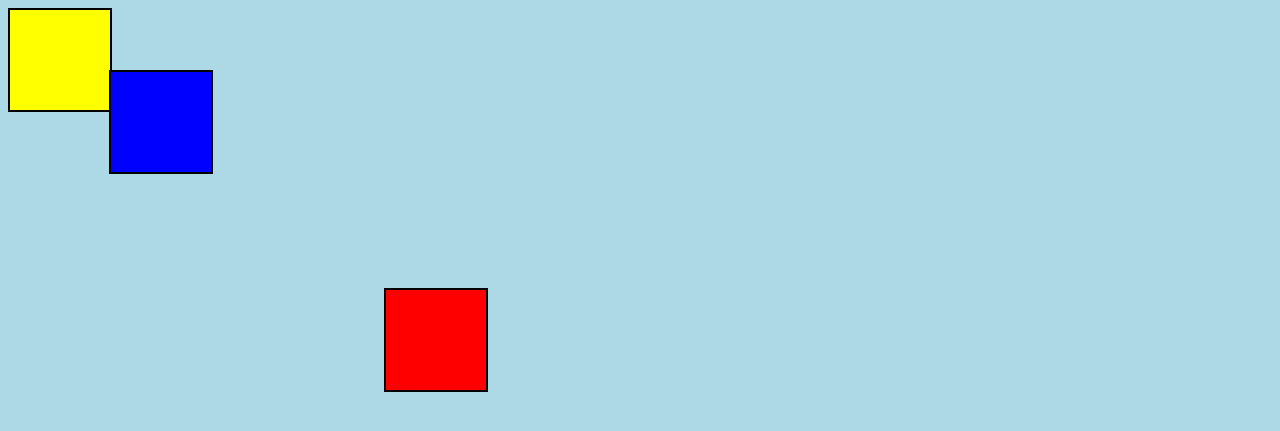
Repository: Sushant203/myPersonalSite
Page: index.html
The author's editor kept a copy of each file at every save. The page is drawn from the files as they stood at one save, then again after the next save.
The browser window is 1280 px wide. The pictures show the whole page.

Above is the page before, as saved 2022-12-05 18:42:16.

### index.html
<!DOCTYPE html>
<html lang="en">

<head>
    <meta charset="UTF-8">
    <meta http-equiv="X-UA-Compatible" content="IE=edge">
    <meta name="viewport" content="width=device-width, initial-scale=1.0">
    <title>Document</title>
    <link rel="stylesheet" href="\css\style.css">
    <link rel="favicon" href="favicon.ico">
</head>

<body>

<div class="box-1"></div>
<div class="box-2"></div>
<div class="box-3"></div>
</body>

</html>

### css/style.css
body{
    background-color: lightblue;
    /* margin: 0; */
}

.box-1{
    border: 2px solid black ;
    background-color: red;
    height: 100px;
    width: 100px;
    position: absolute;
    left:30%;
    top: 40%;
}

.box-2{
    border: 2px solid black;
    background-color: blue;
    height: 100px;
    width: 100px;
    position: absolute;
    left: 109px;
    top: 70px;
}


.box-3{
    border: 2px solid;
    background-color: yellow;
    height: 100px;
    width: 100px;

}

After the next save:
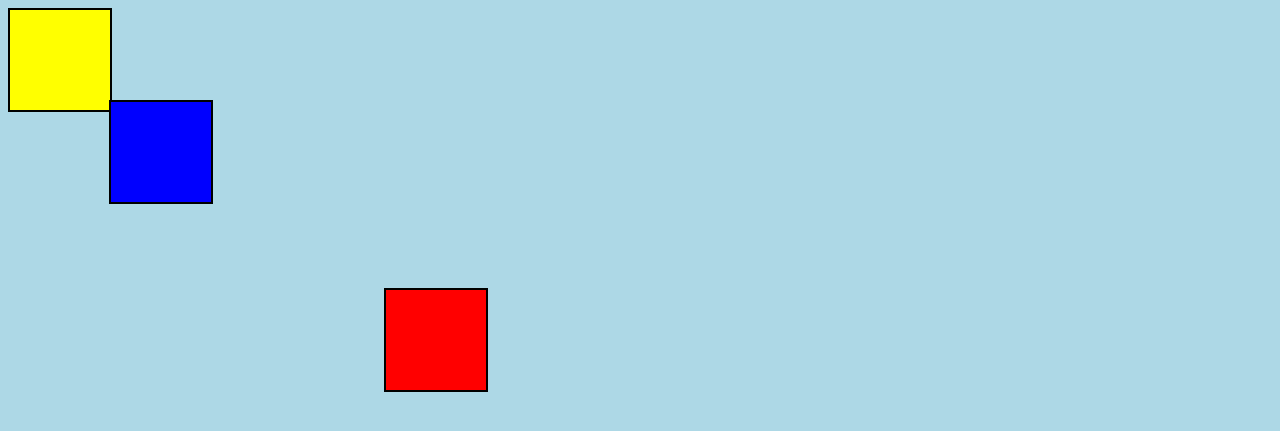
Saved 6 s later.
--- a/css/style.css
+++ b/css/style.css
@@ -20,7 +20,7 @@ body{
     width: 100px;
     position: absolute;
     left: 109px;
-    top: 70px;
+    top: 100px;
 }
 
 
